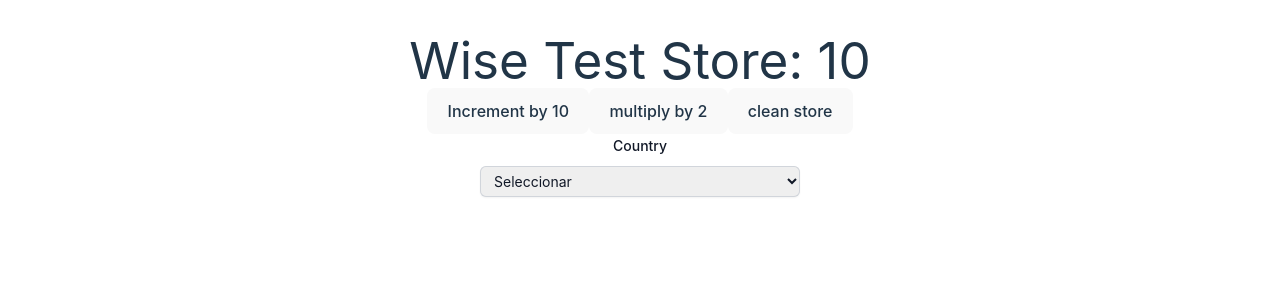
Repository: marianozamora/reactredux-wise
Page: /
These files come from the project's save history. The page is drawn as it stood at one moment and after the next save; the edit follows.
The browser window is 1280 px wide. The pictures show the whole page.
The page's requests for data from a server got no answer. The project was rebuilt for these pictures with package versions that can differ from the ones it lists, and the page was loaded fresh each time. No one was signed in, and anything a server would have sent is missing. Also part of the build but not shown: vite.config.ts.

Above is the page before, as saved 2023-04-08 01:54:19.

### src/App.tsx
import React from "react";
import "./App.css";
import { useEffect } from "react";
import shallow from "zustand/shallow";
import { useCounterStore } from "./store/counterStore";


function App() {
  const { count, title, products } = useCounterStore(
    (state) => ({
      count: state.count,
      title: state.title,
      products: state.products,
    }),
    shallow
  );
  const { increment, getProducts, cleanStore, multiply } = useCounterStore();

  useEffect(() => {
    getProducts();
  }, []);

  return (
    <div className="md:container md:mx-auto ">
      <h1>
        {title}: {count}
      </h1>

      <div>
        <button
          onClick={() => {
            increment(10);
          }}
        >
          Increment by 10
        </button>

        <button onClick={() => multiply(2)}>multiply by 2</button>

        <button onClick={() => cleanStore()}>clean store</button>
      </div>

      <form>
        <div className="sm:col-span-3 align-middle text-center ">
            <label htmlFor="country" className="block text-sm font-medium leading-6 text-gray-900">Country</label>
            <div className="mt-2">
            <select id="country" name="country" autoComplete="country-name" className="block w-full rounded-md border-0 py-1.5 text-gray-900 shadow-sm ring-1 ring-inset ring-gray-300 focus:ring-2 focus:ring-inset focus:ring-indigo-600 sm:max-w-xs sm:text-sm sm:leading-6 p-[10px] m-auto mb-8">
                <option value="">Seleccionar</option>
                <option>United States</option>
                <option>Canada</option>
                <option>Mexico</option>
              </select>
            </div>
          </div>
      </form>

      <div className="flex justify-center flex-wrap flex-row  ">
      {
        products.map((product) => (


          <div key={product.id} className="max-w-sm bg-white border border-gray-200 rounded-lg shadow dark:bg-gray-800 dark:border-gray-700  m-2 w-full xl:w-[30%] lg:w-[48%]">
            <div
              className="bg-indigo-300 rounded-t-lg ">
              <img className="rounded-t-lg object-cover h-48 w-96 " src={product.image} alt="" />
            </div>
              <div className="p-3">
                  <a href="#">
                    <h5 className="mb-2 text-2xl font-bold tracking-tight text-gray-900 dark:text-white">{ product.title }</h5>
                  </a>
              {/* <p className="mb-3 font-normal text-gray-700 dark:text-gray-400">{product.description}</p> */}

                  <a href="#" className="inline-flex items-center px-3 py-2 text-sm font-medium text-center text-white bg-green-500 rounded-lg hover:bg-green-600 focus:ring-green-300 dark:bg-green-400 dark:hover:bg-green-500 ">
                      Read more
                  </a>
              </div>
          </div>

        ))
      }

      </div>
    </div>
  );
}

export default App;

### src/index.css
@tailwind base;
@tailwind components;
@tailwind utilities;


:root {
  font-family: Inter, system-ui, Avenir, Helvetica, Arial, sans-serif;
  line-height: 1.5;
  font-weight: 400;

  color-scheme: light dark;
  color: rgba(255, 255, 255, 0.87);
  background-color: #242424;

  font-synthesis: none;
  text-rendering: optimizeLegibility;
  -webkit-font-smoothing: antialiased;
  -moz-osx-font-smoothing: grayscale;
  -webkit-text-size-adjust: 100%;
}

/* a {
  font-weight: 500;
  color: #646cff;
  text-decoration: inherit;
}
a:hover {
  color: #535bf2;
} */

body {
  margin: 0;
  display: flex;
  place-items: center;
  /* min-width: 320px;
  min-height: 100vh; */
}

h1 {
  font-size: 3.2em;
  line-height: 1.1;
}

button {
  border-radius: 8px;
  border: 1px solid transparent;
  padding: 0.6em 1.2em;
  font-size: 1em;
  font-weight: 500;
  font-family: inherit;
  background-color: #1a1a1a;
  cursor: pointer;
  transition: border-color 0.25s;
}
/* button:hover {
  border-color: #646cff;
}
button:focus,
button:focus-visible {
  outline: 4px auto -webkit-focus-ring-color;
} */

@media (prefers-color-scheme: light) {
  :root {
    color: #213547;
    background-color: #ffffff;
  }
  a:hover {
    color: white;
  }
  button {
    background-color: #f9f9f9;
  }
}

### src/App.css

#root {
  max-width: 1280px;
  margin: 0 auto;
  padding: 2rem;
  text-align: center  ;
}

/* .logo {
  height: 6em;
  padding: 1.5em;
  will-change: filter;
  transition: filter 300ms;
} */
/* .logo:hover {
  filter: drop-shadow(0 0 2em #646cffaa);
}
.logo.react:hover {
  filter: drop-shadow(0 0 2em #61dafbaa);
} */

@keyframes logo-spin {
  from {
    transform: rotate(0deg);
  }
  to {
    transform: rotate(360deg);
  }
}

@media (prefers-reduced-motion: no-preference) {
  a:nth-of-type(2) .logo {
    animation: logo-spin infinite 20s linear;
  }
}

.card {
  padding: 2em;
}

.read-the-docs {
  color: #888;
}

### src/store/counterStore.ts
import create from "zustand";

export interface Product {
    id: number;
    title: string;
    body: string;
    price: number;
    category: string;
    description: string;
    image: string;
    rating: {
        rate: number;
        count: number;
    };
}

interface CounterState {
  count: number;
  title: string;
  products: Product[];
  increment: (value: number) => void;
  getProducts: () => Promise<void>;
  cleanStore: () => void;
  multiply: (value: number) => void;
}

export const useCounterStore = create<CounterState>((set, get) => ({
  title: "Wise Test Store",
  count: 10,
  products: [],
  increment: (value: number) =>
    set((state) => ({ ...state, count: state.count + value })),
  getProducts: async () => {
    const products = await (
      await fetch("https://fakestoreapi.com/products")
    ).json();
    set((state) => ({ ...state, products }));
  },
  cleanStore: () => set({}, true),
  multiply: (value: number) => {
    // const count = get().count
    const { count } = get();
    set({ count: count * value });
  },
}));

Loaded but not shown: index.html (common file); src/main.tsx (common file); tailwind.config.js (common file)

After the next save:
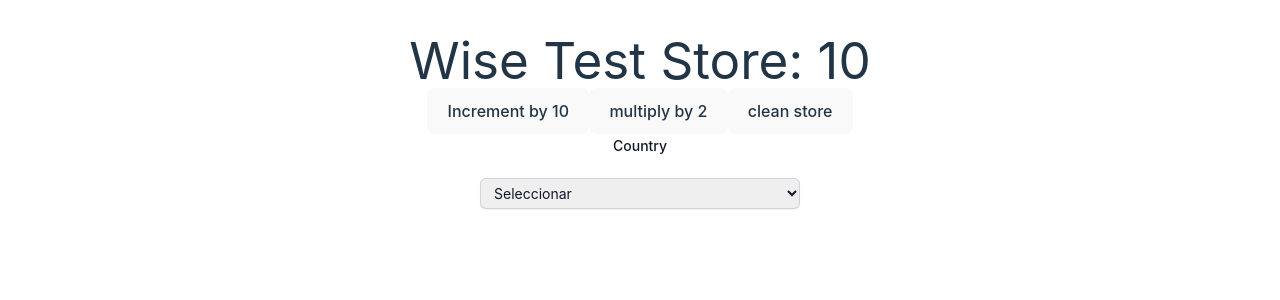
Saved 8 s later.
--- a/src/App.tsx
+++ b/src/App.tsx
@@ -44,7 +44,7 @@ function App() {
         <div className="sm:col-span-3 align-middle text-center ">
             <label htmlFor="country" className="block text-sm font-medium leading-6 text-gray-900">Country</label>
             <div className="mt-2">
-            <select id="country" name="country" autoComplete="country-name" className="block w-full rounded-md border-0 py-1.5 text-gray-900 shadow-sm ring-1 ring-inset ring-gray-300 focus:ring-2 focus:ring-inset focus:ring-indigo-600 sm:max-w-xs sm:text-sm sm:leading-6 p-[10px] m-auto mb-8">
+            <select id="country" name="country" autoComplete="country-name" className="block w-full rounded-md border-0 py-1.5 text-gray-900 shadow-sm ring-1 ring-inset ring-gray-300 focus:ring-2 focus:ring-inset focus:ring-indigo-600 sm:max-w-xs sm:text-sm sm:leading-6 p-[10px] m-auto mb-8 mt-5">
                 <option value="">Seleccionar</option>
                 <option>United States</option>
                 <option>Canada</option>
